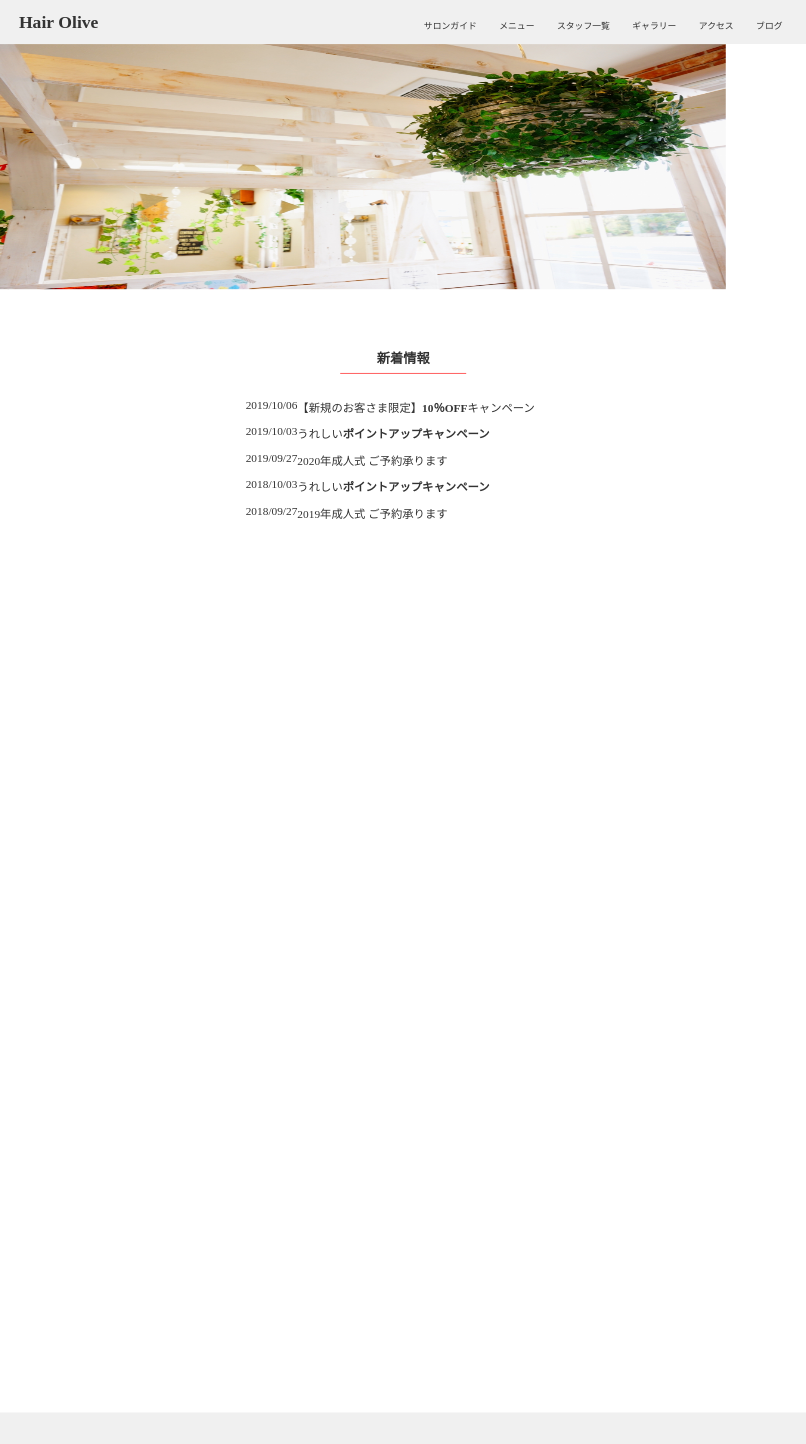
Repository: gorirawomen/first_app
Page: html_css/hair_olive/index.html
The author's editor kept a record of every edit. The page is drawn from the files as they stood at one moment, then again after the next edit.
The browser window is 1280 px wide. The pictures show the whole page, at 63% of full size.

Above is the page before.

### html_css/hair_olive/index.html
<!DOCTYPE HTML>
<html>
  <head>
    <meta charset="UTF-8">
    <link rel="stylesheet" href="style.css">
    <title>Hair OLIVE</title>
  </head>
  <body>
    <header>
      <div class="heading">
        <h1 class="title">Hair Olive</h1>
      </div>
      <div class="navbar">
        <ul class="nav-lists">
          <li>サロンガイド</li>
          <li>メニュー</li>
          <li>スタッフ一覧</li>
          <li>ギャラリー</li>
          <li>アクセス</li>
          <li>ブログ</li>
        </ul>
      </div>
    </header>

    <div class="contents">
      <div class="first-view">
        <img src="images/hero.jpg" alt="トップ画" class="top-image"></img>
        <!-- 『トップ画像』を表示する -->
      </div>
      <div class="upper-content">
        <h2 class="heading-name">新着情報</h2>
        <ul class="messages">
          <li class="message">
            <div class="message-date">2019/10/06</div>
            <div>【新規のお客さま限定】<b>10％OFF</b>キャンペーン</div>
          </li>
          <li class="message">
            <div class="message-date">2019/10/03</div>
            <div>うれしい<b>ポイントアップキャンペーン</b></div>
          </li>
          <li class="message">
            <div class="message-date">2019/09/27</div>
            <div>2020年成人式 ご予約承ります</div>
          </li>
          <li class="message">
            <div class="message-date">2018/10/03</div>
            <div>うれしい<b>ポイントアップキャンペーン</b></div>
          </li>
          <li class="message">
            <div class="message-date">2018/09/27</div>
            <div>2019年成人式 ご予約承ります</div>
          </li>
        </ul>
        <!-- 『新着情報』を表示する -->
      </div>
      <div class="middle-content">
        <!-- 『スタイリスト紹介』を表示する -->
      </div>
      <div class="bottom-content">
        <!-- 『フォーム』を表示する -->
      </div>
    </div>

    <footer>
    </footer>
  </body>
</html>

### html_css/hair_olive/style.css
/* リセットCSS */
body {
  font-size: 14px;
  color: #333;
  margin: 0 auto;
}
h1,h2,h3,h4,h5,h6,p {
  padding: 10px 0;
  margin: 0;
}

ul,li {
  padding: 0;
  margin: 0;
}

/* ヘッダー */
header {
  height: 50px;
  background-color: #f0f0f0;
  display: flex;
  padding: 10px 0;
}

.heading {
  width: 50%;
  margin-left: 30px;
}

.navbar {
  width: 50%;
  padding: 20px;
}

.nav-lists {
  display: flex;
  justify-content: space-around;
}

li {
  list-style: none;
}

/* first-viewクラスからbottom-contentクラスまでの要素の親要素 */
.contents {
  background-color: white;
}

.first-view{
  height: 60vh;
}

.top-image {
  height: 90%;
  width: 90%;
}

/* 新着情報 */
.upper-content{
  height: 450px;
  margin: 0 160px;
}

.heading-name {
  text-align: center;
  border-bottom: 1px solid red;
  width: 200px;
  margin: 40px auto;
}

.messages {
  width: 50vw;
  margin: 0 auto;
}

.message {
  display: flex;
  font-size: 18px;
  margin: 0 0 16px 70px;
}

/* スタイリスト紹介 */
.middle-content{
  height: 450px;
  margin: 0 160px;
}

.stylist-list{
  display: flex;
  justify-content: space-around;
  margin: 60px 0;
}

.stylist-image {
  height: 300px;
}

.stylist-name {
  font-size: 16px;
  text-align: center;
}

/* フォーム */
.bottom-content {
  height: 800px;
  margin: 0 160px;
}

/* フッター */
footer {
  height: 50px;
  background-color: #f0f0f0;
}

After the next edit:
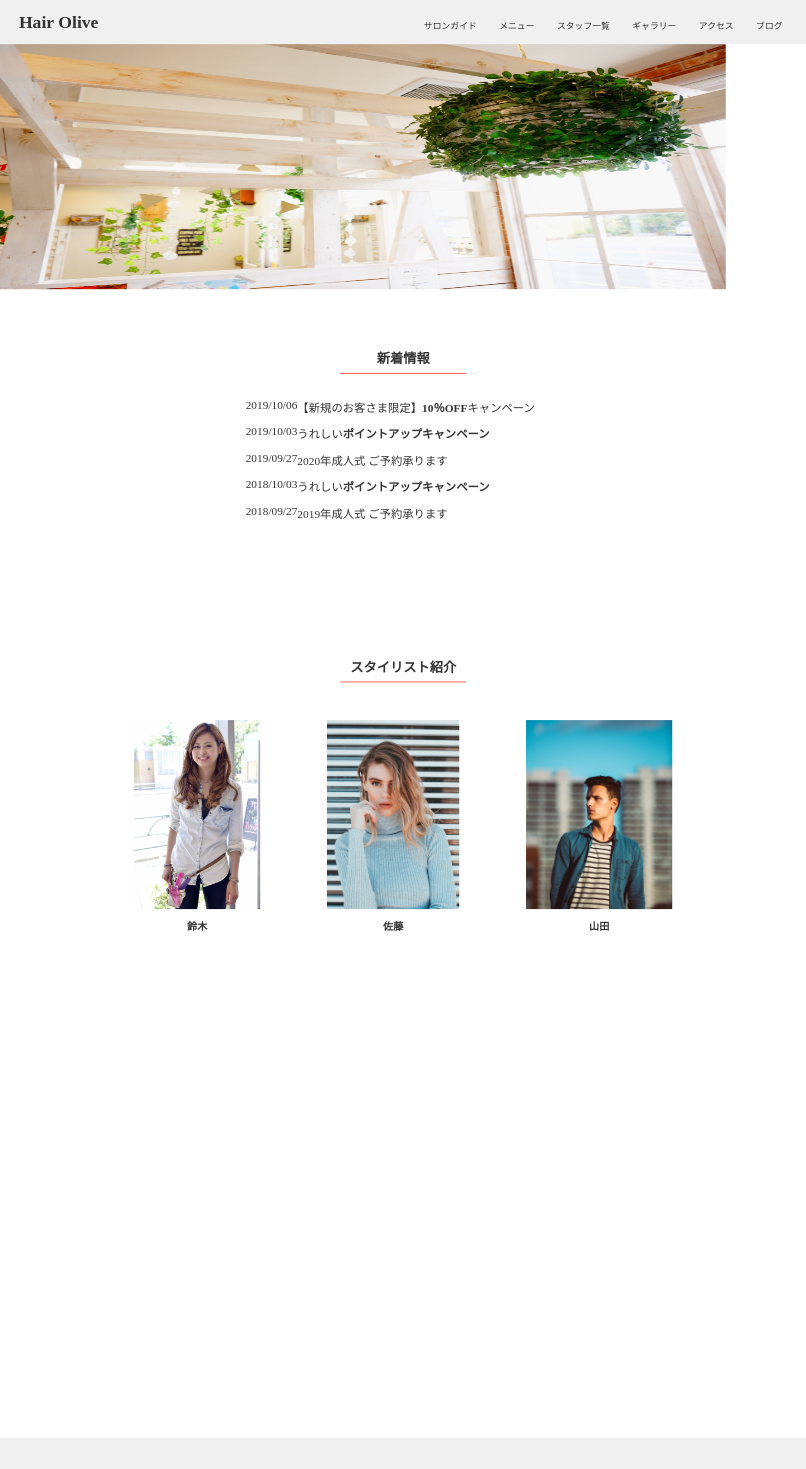
The edit:
--- a/html_css/hair_olive/index.html
+++ b/html_css/hair_olive/index.html
@@ -54,6 +54,21 @@
         <!-- 『新着情報』を表示する -->
       </div>
       <div class="middle-content">
+                <h2 class="heading-name">スタイリスト紹介</h2>
+        <ul class="stylist-list">
+          <li>
+            <img src="images/staff1.jpg" alt="staff1" class="stylist-image">
+            <h4 class="stylist-name">鈴木</h4>
+          </li>
+          <li>
+            <img src="images/staff2.jpg" alt="staff2" class="stylist-image">
+            <h4 class="stylist-name">佐藤</h4>
+          </li>
+          <li>
+            <img src="images/staff3.jpg" alt="staff3" class="stylist-image">
+            <h4 class="stylist-name">山田</h4>
+          </li>
+        </ul>
         <!-- 『スタイリスト紹介』を表示する -->
       </div>
       <div class="bottom-content">
